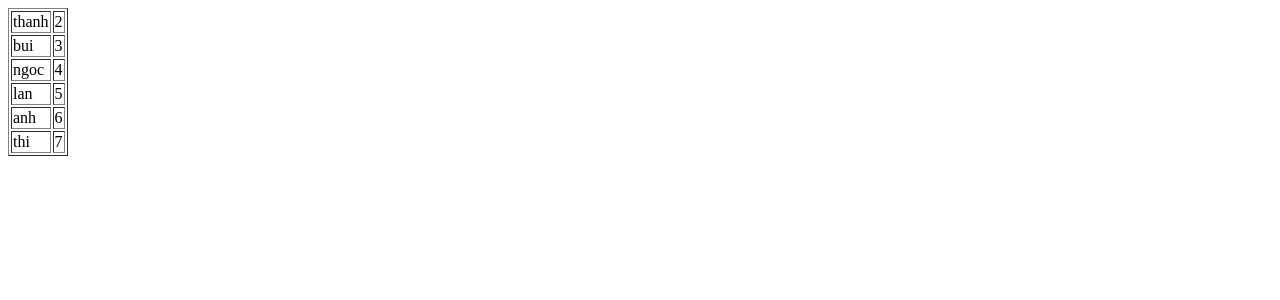
Repository: thanhbui99/java-eclipse
Page: http://localhost/exampleJsp/indexProcess.jsp
An editor plug-in stored every save of this project. The page is shown before and after a run of saves, followed by the edit.
The browser window is 1280 px wide. The pictures show the whole page.
The page is served by Tomcat 9.

Above is the page before, as saved 2020-10-30 12:03:47.

After the next 2 saves:
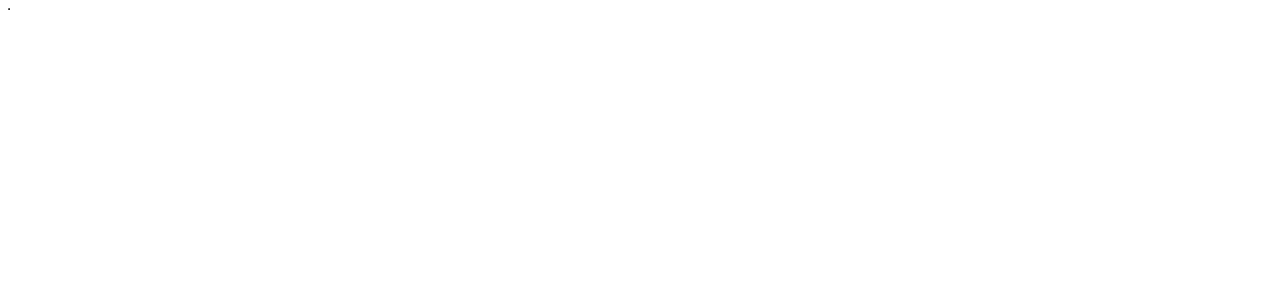
The 2 saves are shown as one change because 1 did not build or start.
The last was saved 109 s later.
--- a/workspace/exampleJsp/WebContent/Display.jsp
+++ b/workspace/exampleJsp/WebContent/Display.jsp
@@ -11,10 +11,12 @@
 <body>
 	<table border="1">
 		<c:forEach items="${indo}" var="list">
-			<tr>
-				<td>${list.name}</td>
-				<td>${list.stt}</td>
-			</tr>
+			<c:if test="${list.stt}>3">
+				<tr>
+					<td>${list.name}</td>
+					<td>${list.stt}</td>
+				</tr>
+			</c:if>
 		</c:forEach>
 	</table>
 </body>

After the save that followed:
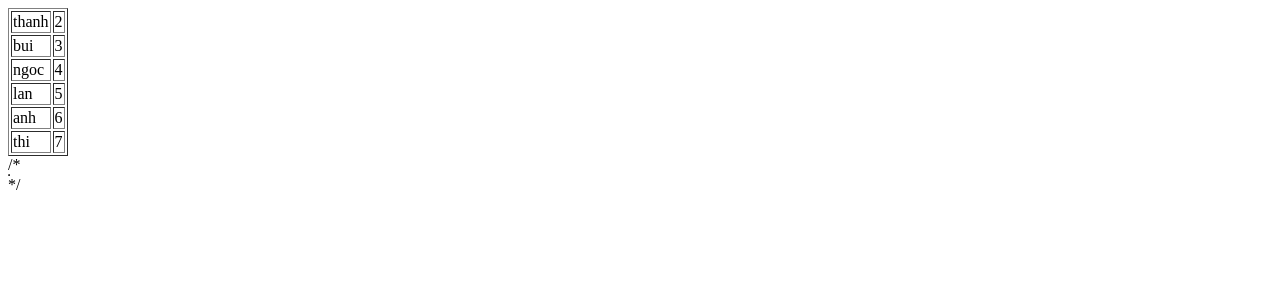
Saved 63 s later.
--- a/workspace/exampleJsp/WebContent/Display.jsp
+++ b/workspace/exampleJsp/WebContent/Display.jsp
@@ -11,6 +11,14 @@
 <body>
 	<table border="1">
 		<c:forEach items="${indo}" var="list">
+				<tr>
+					<td>${list.name}</td>
+					<td>${list.stt}</td>
+				</tr>
+		</c:forEach>
+	</table>
+	/*<table border="1">
+		<c:forEach items="${indo}" var="list">
 			<c:if test="${list.stt}>3">
 				<tr>
 					<td>${list.name}</td>
@@ -18,6 +26,6 @@
 				</tr>
 			</c:if>
 		</c:forEach>
-	</table>
+	</table>*/
 </body>
 </html>
